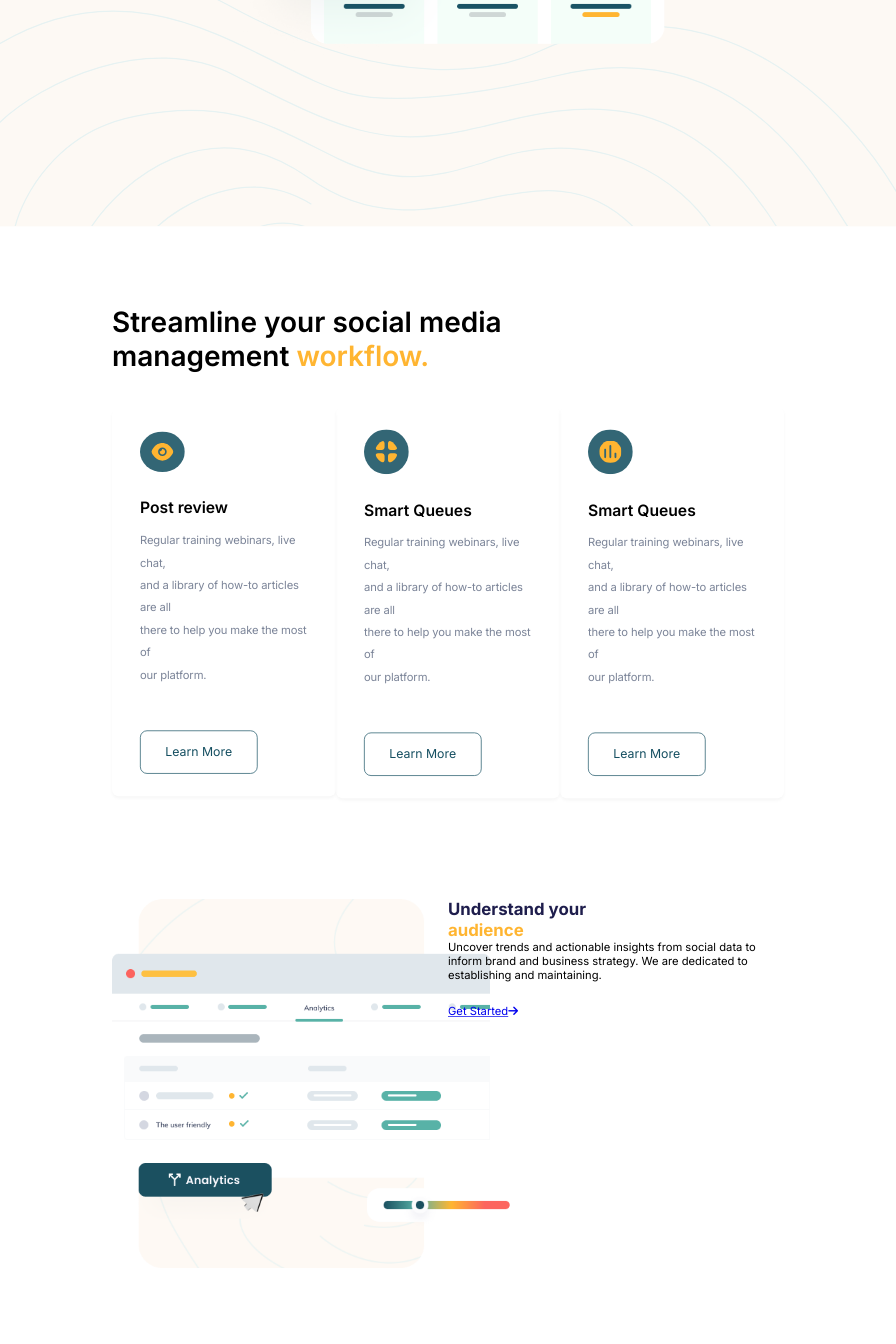
Repository: badhon252/Clickbay
Page: index.html
These files come from the project's save history. The page is drawn as it stood at one moment and after the next save; the edit follows.
The browser window is 1280 px wide. The pictures show the part of the page from y = 908 to 2828 px (the page is 2828 px tall), at 70% of full size.
The style sheet was rebuilt from its Sass, Less or Tailwind sources for each picture, by a compiler version that may differ from the author's.

Above is the page before, as saved 2022-09-05 02:46:58.

After the next save:
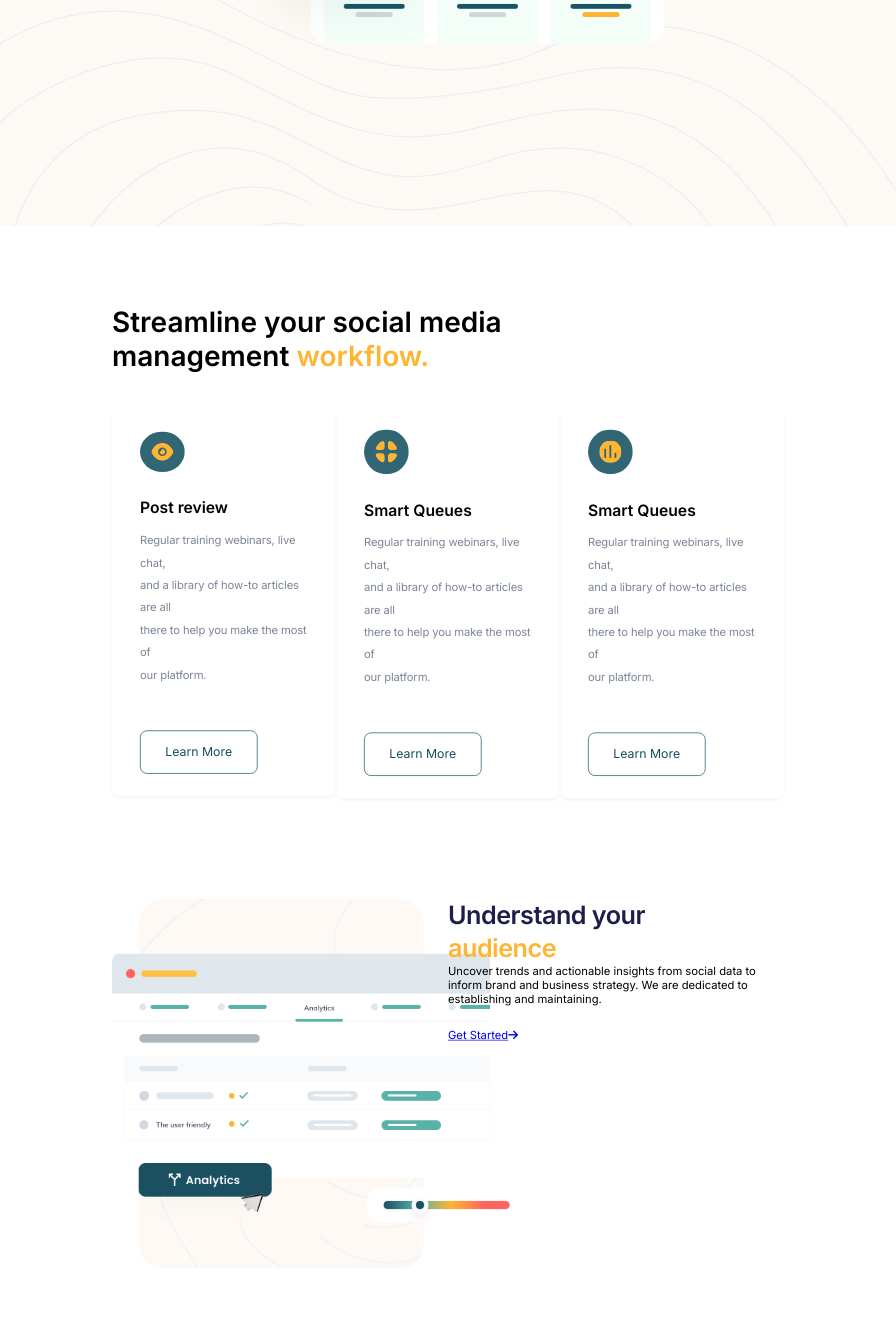
Saved 35 s later.
--- a/scss/style.scss
+++ b/scss/style.scss
@@ -260,6 +260,14 @@ header {
   }
   h2 {
     color: #1e1d4c;
+    font-weight: 600;
+    font-size: 36px;
+    line-height: 46px;
+
+    /* or 128% */
+    letter-spacing: -0.02em;
+
+    color: #1e1d4c;
     span {
       color: #ffb531;
     }
